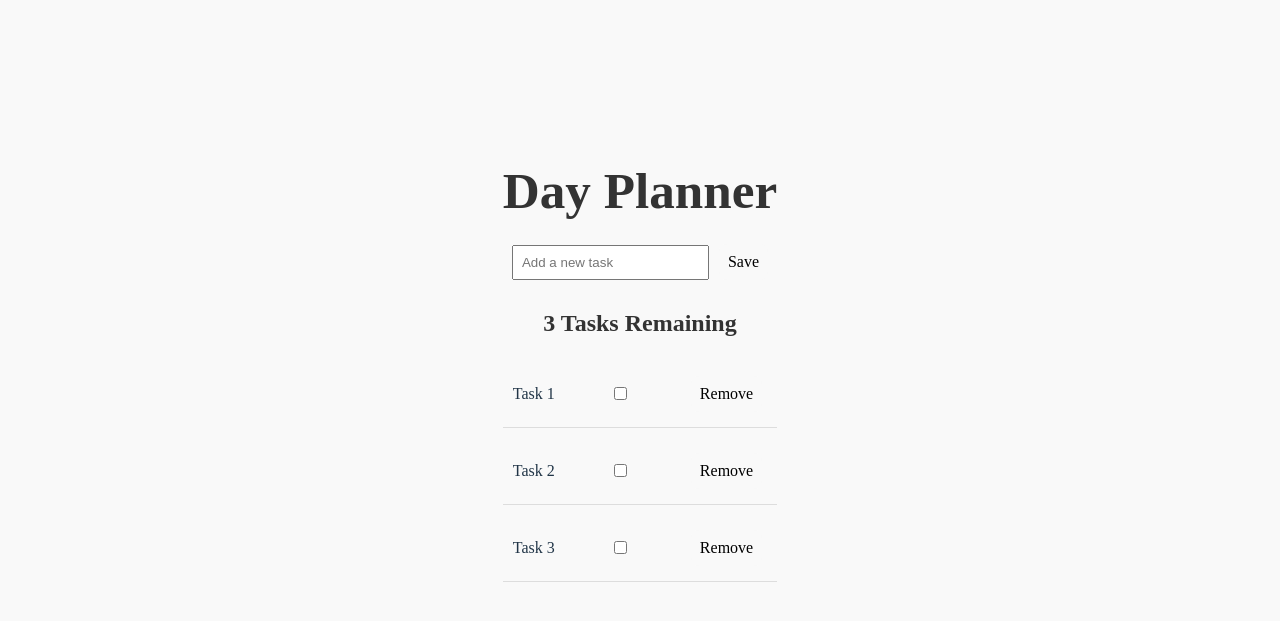
Repository: GavinPahal/Lab7
Page: /
An editor plug-in stored every save of this project. The page is shown before and after the next save, followed by the edit.
The browser window is 1280 px wide. The pictures show the whole page.
The project was rebuilt for these pictures with package versions that can differ from the ones it lists, and the page was loaded fresh each time. Also part of the build but not shown: vite.config.js.

Above is the page before, as saved 2024-10-27 12:19:30.

After the next save:
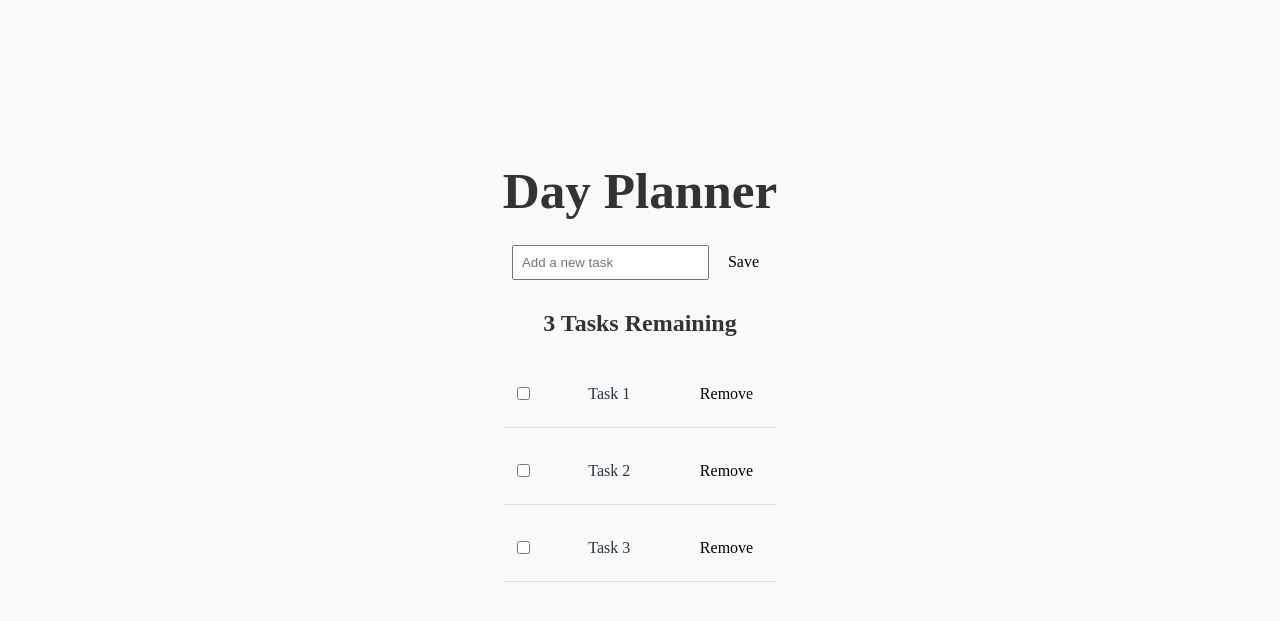
Saved 98 s later.
--- a/src/components/Task.jsx
+++ b/src/components/Task.jsx
@@ -3,12 +3,12 @@
 function Task({ task, index, toggleTask, deleteTask }) {
   return (
     <div className={`task ${task.isCompleted ? 'completed' : ''}`}>
-      <span>{task.text}</span>
       <input
         type="checkbox"
         checked={task.isCompleted}
         onChange={() => toggleTask(index)}
       />
+      <span>{task.text}</span>
       <button onClick={() => deleteTask(index)}>Remove</button>
     </div>
   );
